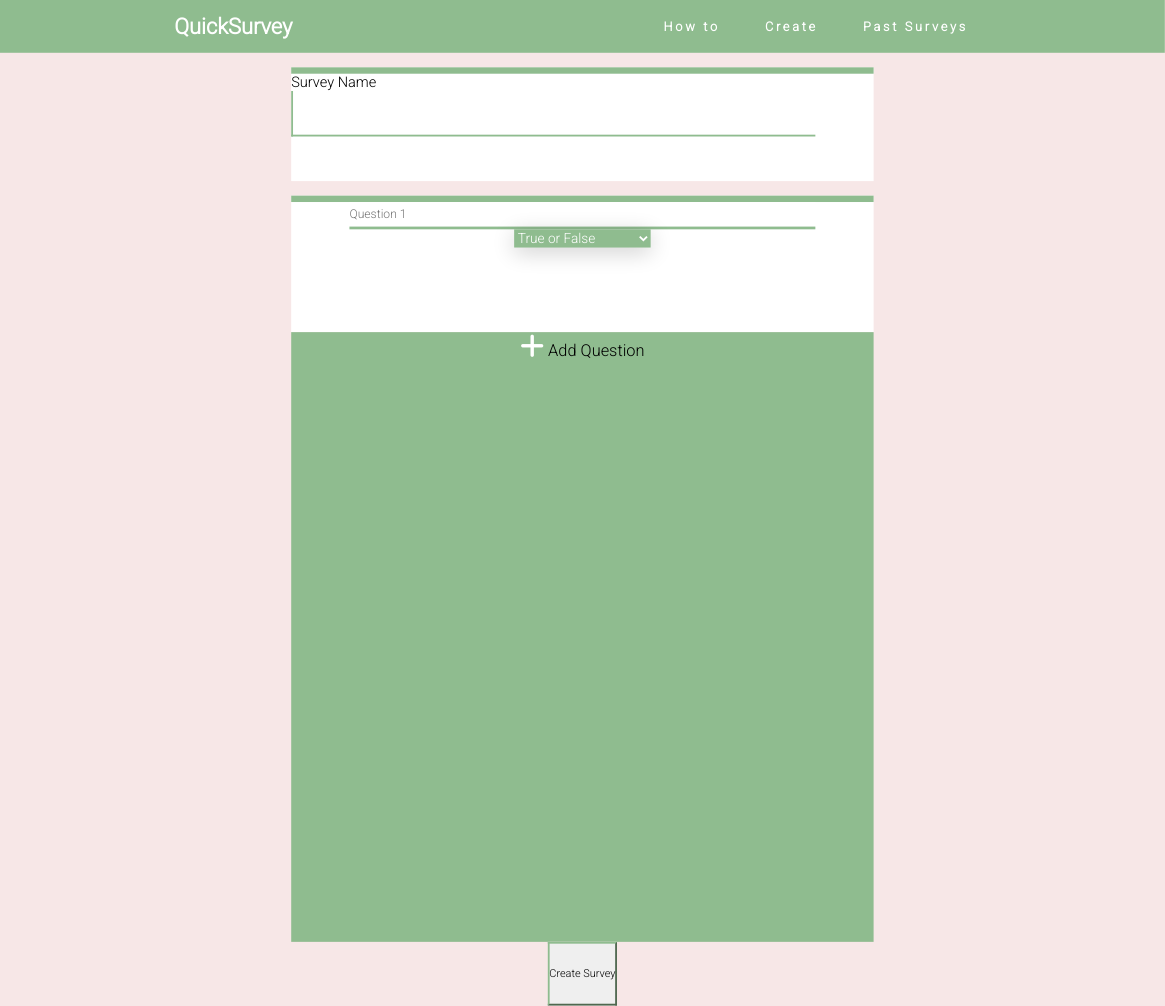
Repository: cakuang1/QuickSurvey
Page: create.html
The author's editor kept a copy of each file at every save. The page is drawn from the files as they stood at one save, then again after the next save.
The browser window is 1280 px wide. The pictures show the whole page, at 91% of full size.
Some web libraries are served in a nearby version.

Above is the page before, as saved 2022-01-09 14:20:37.

### create.html
<!DOCTYPE html>
<html>
<head>
    <title>QuickSurvey</title>
    <link href="https://fonts.googleapis.com/css2?family=Roboto:wght@300&display=swap" rel="stylesheet">
    <meta charset="UTF-8">
    <link rel="stylesheet" href="style.css">

    <script src="https://kit.fontawesome.com/71865f0e2e.js" crossorigin="anonymous"></script>


</head>

<body>
        <nav class="navbar">
            <div class = 'heading'>
                <h2 id = "logo">QuickSurvey</h2>
            </div>
            <ul class="nav-menu">
                <li><a href="index.html" >How to</a></li>
                <li><a href="create.html">Create</a></li>
                <li><a href="pastsurveys.html">Past Surveys</a></li>
            </ul>
        </nav>

    </div>
    <div class="namecontainer">
        <label>Survey Name </label>
        <form ><input type="text" id = "testing"Survey name="Name"></form>

    </div>
    <form action="">
        <div class = "formdiv">
            <input type="text" class="inps" placeholder="Question 1">
            <select name="" class="selectors">
                <option value="TF">True or False</option>
                <option value="SR">Short Response</option>


            </select>
        </div>
    </form>
    <div align = "center">

    <button class = "adds"> <i class="fas fa-plus"></i> Add Question</button><br>
    <button class = "creates">Create Survey</button>
    </div>
</body>
<script src="app.js"></script>
</html>

### style.css
* {
    box-sizing: border-box;
    margin: 0;
    padding: 0;
    font-family: 'Roboto', sans-serif;
}
body{
    background-color: #f7e7e7;


}
nav {
    display: flex;
    justify-content: space-around;
    align-items: center;
    min-height: 8vh;
    background-color: darkseagreen;
}

.nav-menu {
    display: flex;
    justify-content: space-around;
    width: 30%;
}


.creates {
    text-align: center;
    max-width: 140px;
    height:70px;

    padding: 0;
    border-color: darkseagreen;
    color: #000;
    font-size: 12px;
}
.nav-menu li {
    list-style: none;
}
.nav-menu a{
    color:white;
    text-decoration: none;
    letter-spacing: 3px;
    font-weight: bold;
    font-size: 14px;
    padding: 14px 16px;

}
.nav-menu li a:hover:not(.active){
    background-color: lightseagreen;
}
.nav-ment li a.active {
    background-color: darkseagreen;
}

.namecontainer {
    background-color: white;
    width: 50%;
    margin: auto;
    margin-top: 1em;
    border-top: 7px solid darkseagreen;
    height: 125px;

}


.namecontainer input {
    width: 90%;
    height: 50px;
    background: transparent;
    border-top: none;
    border-right: none;
    border-left: 2px solid darkseagreen;
    border-bottom: 2px solid darkseagreen;
    font-size: 35px;
    outline: none;
    padding-top: 20px;
    display: inline-block;


}

.adds {
    background-color: darkseagreen;
    border: none;
    width: 50%;
    font-size: 18px;
    padding-bottom: 50%;
}

.adds :hover {
    background-color: rgb(8, 102, 8);
}

h1 {
    text-indent: 10px;
    color:  darkseagreen;
}

.fas {
    color: white;
    font-size: 30px;

}


#home {
    background-color: rgb(176, 226, 176);
}

#logo {
    color: white;
}

#listcontainer {
    padding-top: 100px;
    width: fit-content;
    margin: auto;

}

ol {
    padding-top: 25px;
}

ol li {
    font-size: 50px;
    color: white;

}

.formdiv {
    background-color: white;
    width: 50%;margin: auto; margin-top: 1em;border-top: 7px solid darkseagreen;
    text-align: center;
    height: 150px;
}


.formdiv .inps{
    height: 30px;
    border-bottom: solid darkseagreen;
    border-left: none;
    border-top: none;
    border-right: none;
    width: 80%;
    outline: none;



}




.formdiv select {
    background-color: darkseagreen;
    color: white;
    width: 150px;
    border: none;
    font-size: 15px;
    box-shadow: 0 5px 25px rgba(0, 0, 0, 0.2);
    outline: none;

  }

### app.js
//selectors
let addbutton = document.querySelector(".adds");
const list = document.querySelector("div");
const endbutton =document.querySelector(".creates");
let questionsdivs = document.querySelectorAll(".formdivs")
let array = [];

// creatinig formstruction
const formstructure = document.createElement('select');
const option1 = document.createElement('option');
const option2 = document.createElement('option');
const option3 = document.createElement('option');
option1.innerText = "True or False";
option2.innerText = "Yes or No";
option3.innerText = "Multiple choice";
formstructure.appendChild(option1);
formstructure.appendChild(option2);
formstructure.appendChild(option3);




// creating question container
let newdiv = document.createElement("div");
let linebreak = document.createElement("br");
let linebreak2 = document.createElement("br");
let newform = document.createElement("form");
let inp = document.createElement("input");
inp.setAttribute("placeholder","Question")
let fcopy = formstructure.cloneNode(true);
newdiv.appendChild(newform);
newform.appendChild(inp);
newform.appendChild(fcopy);
newdiv.appendChild(linebreak);
newdiv.appendChild(linebreak2);

newdiv.classList.add("formdiv");


addbutton.addEventListener("click",addanother);

function addanother() {
    let clone = newdiv.cloneNode(true);
    console.log(clone);
    selectedbutton.classList.add("questionsbuttons");
    document.body.appendChild(clone);
    document.body.appendChild(endbutton);
    array.push(newdiv);
    console.log(array);
}



let formselector = document.querySelectorAll('formdiv')

function emptyinput(input) {
    if (inputtxt.value.length == 0)
    {
        return true;
    }
    else {
        return false;

    }
}


endbutton.addEventListener("submit",generateform)


function generateform() {
    if (array.length == 0) {
        alert('no questions dumbo');
        return ;
    }




}

After the next save:
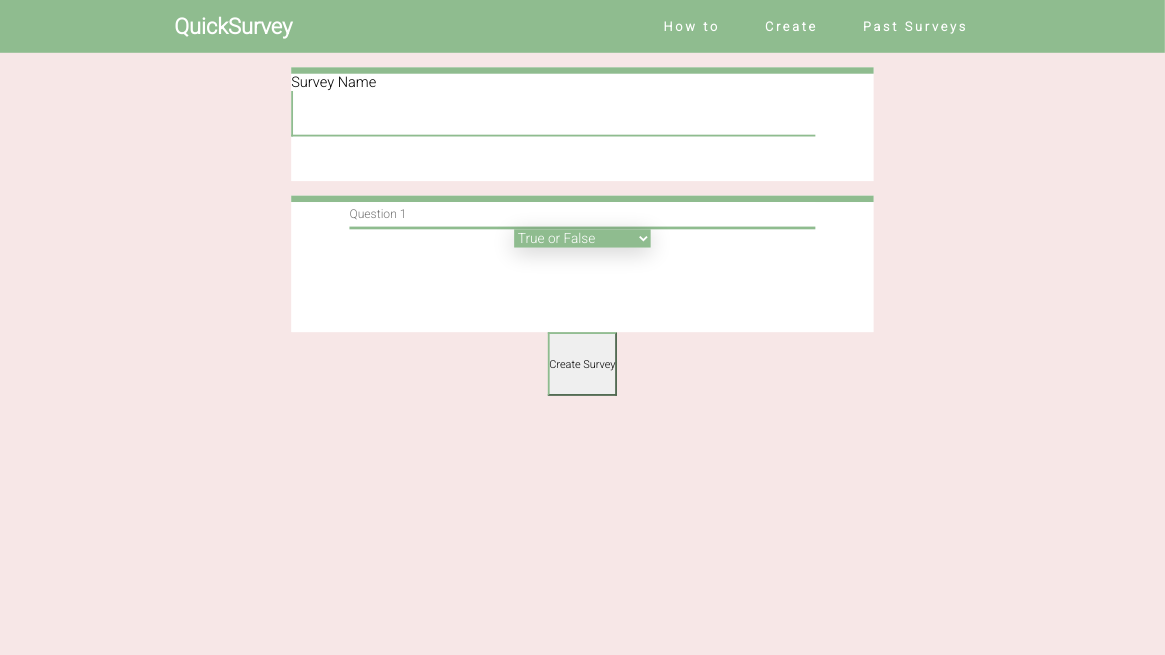
Console error: TypeError: Cannot read properties of null (reading 'addEventListener')
Saved 63 s later.
--- a/create.html
+++ b/create.html
@@ -42,7 +42,7 @@
     </form>
     <div align = "center">
 
-    <button class = "adds"> <i class="fas fa-plus"></i> Add Question</button><br>
+
     <button class = "creates">Create Survey</button>
     </div>
 </body>

After the save that followed:
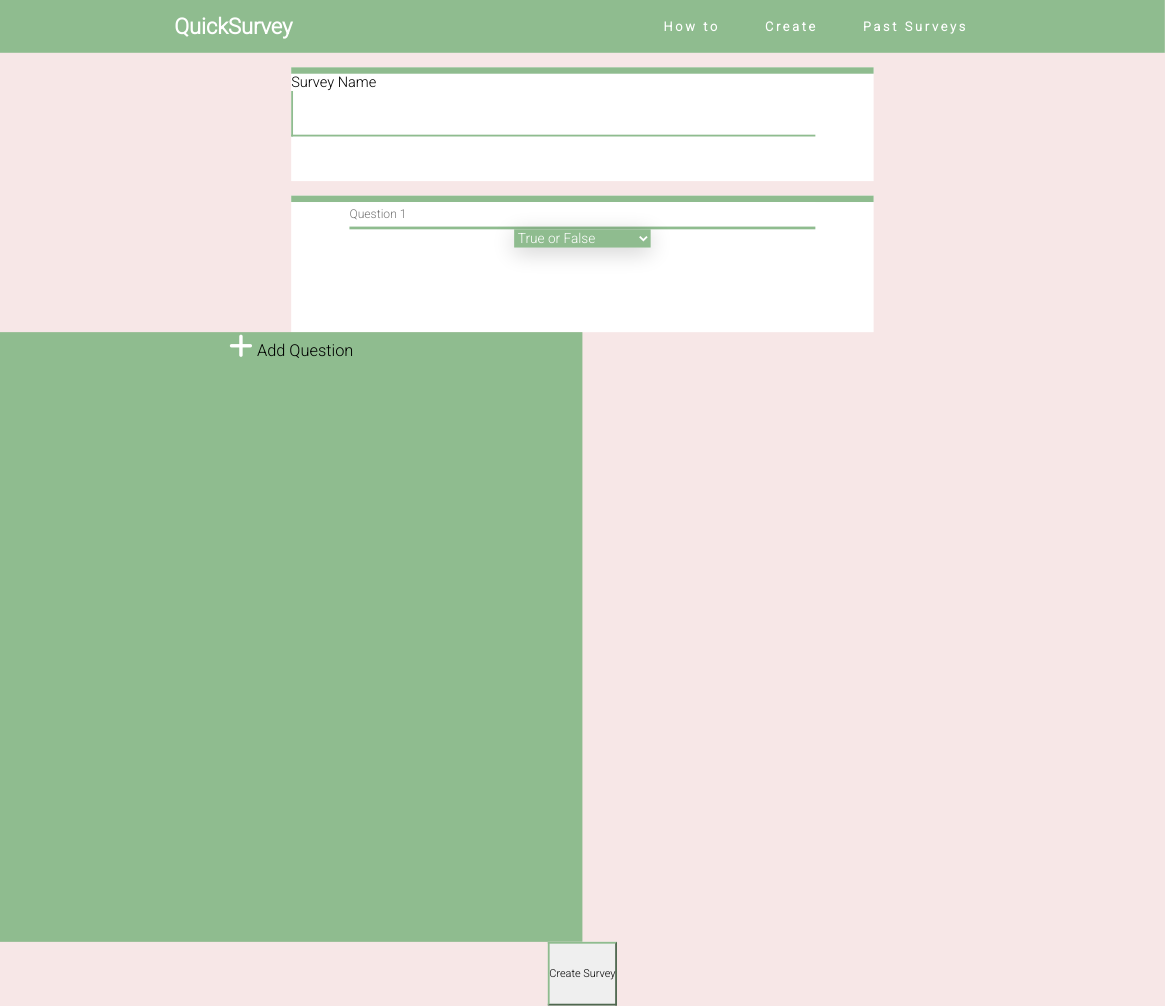
The error is gone.
Saved 8 s later.
--- a/create.html
+++ b/create.html
@@ -39,6 +39,7 @@
 
             </select>
         </div>
+        <button class = "adds"> <i class="fas fa-plus"></i> Add Question</button><br>
     </form>
     <div align = "center">
 
